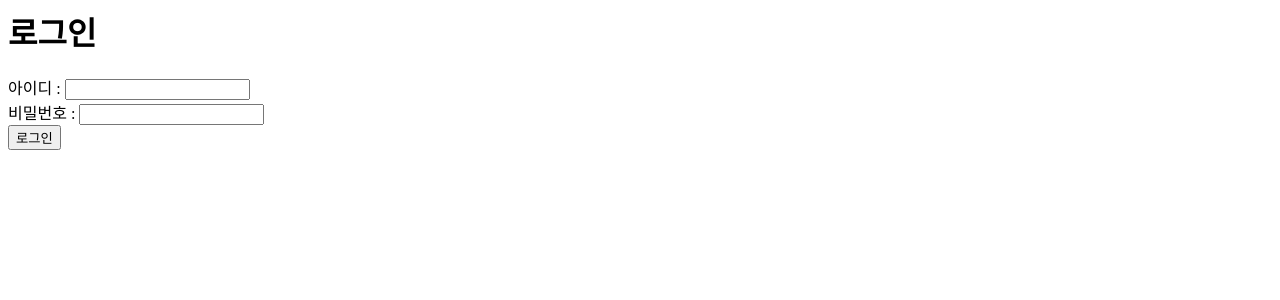
Repository: ss2ol/project
Page: jsp_work/ex1/WebContent/login.html
An editor plug-in stored every save of this project. The page is shown before and after the next save, followed by the edit.
The browser window is 1280 px wide. The pictures show the whole page.

Above is the page before, as saved 2022-05-23 04:57:45.

### jsp_work/ex1/WebContent/login.html
<html>
<head>
<meta http-equiv="Content-Type" content="text/html; charset=UTF-8">
<title>Insert title here</title>
</head>
<body>
<h1>로그인</h1>
<form action="login" method="post">
아이디 : <input type="text" name="id"/><br>
비밀번호 : <input type="text" name="password"><br>
<input type="submit" value="로그인"/>
</form>
</body>
</html>

After the next save:
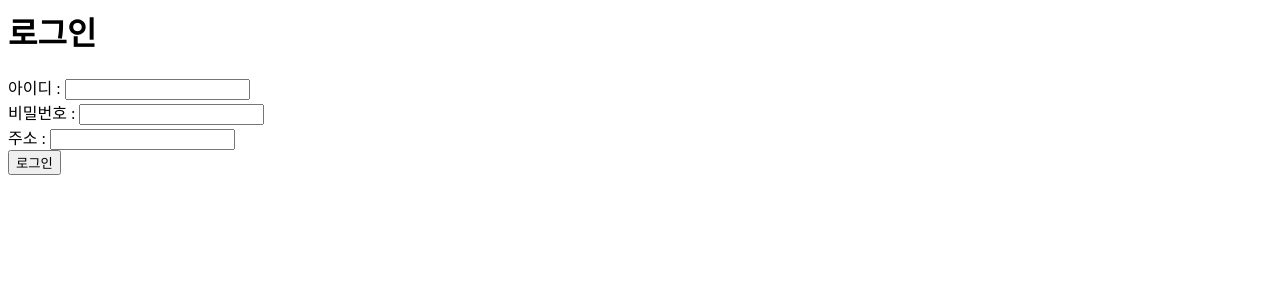
Saved 43 s later.
--- a/jsp_work/ex1/WebContent/login.html
+++ b/jsp_work/ex1/WebContent/login.html
@@ -8,6 +8,7 @@
 <form action="login" method="post">
 아이디 : <input type="text" name="id"/><br>
 비밀번호 : <input type="text" name="password"><br>
+주소 : <input type="text" name="addr"><br>
 <input type="submit" value="로그인"/>
 </form>
 </body>
